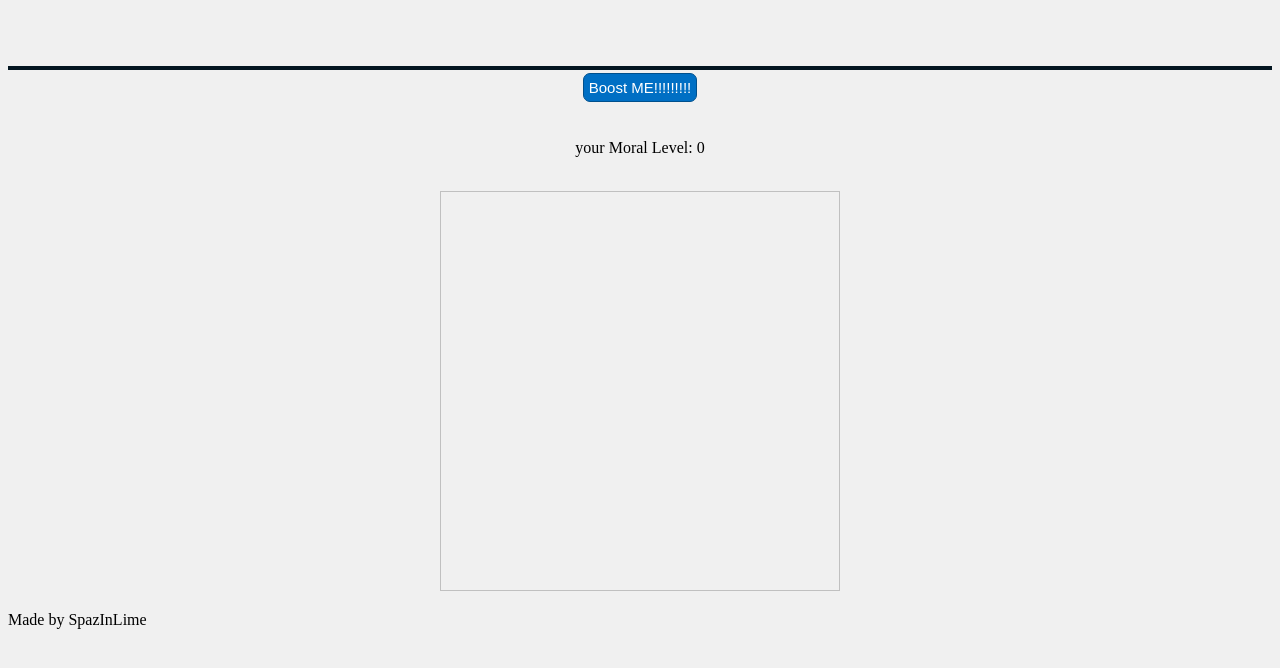
Repository: cxleb/cxleb.github.io
Page: jsapps/mrlbstr/index.html
The author's editor kept a record of every edit. The page is drawn from the files as they stood at one moment, then again after the next edit.
The browser window is 1280 px wide. The pictures show the whole page.

Above is the page before.

### jsapps/mrlbstr/index.html
<!DOCTYPE html>
<html>
	<head>
		<title>Moral Bster</title>
		<link rel="stylesheet" href="style.css" type="text/css" />
		<script type="text/javascript" src="paste.js"></script>
	</head>

	<body>
		<header>
        	<div class="header_div">
            	<h1>Moral Bster</h1>
            </div>
    	</header>


		<center>
			<button onclick="jsCall()" id="btn_Main">Boost ME!!!!!!!!!</button>
			<br/>
			<br/>
			<p id="Moral_level">your Moral Level: 0</p>
			<br/>
			<img style="border-size: 0px;" id="imgBox" width="400" height="400"/>
		</center>
	</body>
	<footer>
		<p>Made by SpazInLime</p>
	</footer>
</html>

### jsapps/mrlbstr/style.css
*{
    background-color: #F0F0F0;
}
button[id="btn_Main"]{
    background-color: #006fc4;
    border: 1px solid #00508d;
    font-size: 15px;
    color: white;
    padding: 5px;
    margin-bottom: 3px;
    margin-top: 3px;
    border-radius: 7px;
}
.header_div{
    padding-left: 0px;
    padding-right: 0px;
    border-bottom: 0px;
    width: 100%;
    height: 46px;
    background-color: #031520;
}
h1{
    font-size: 36px;
    padding-left: 34px;
    color: #F0F0F0;
}

### jsapps/mrlbstr/paste.js
var Moral = 0;
var infinite = false;
const links =["http://i.imgur.com/UUDMs3Z.gif",
	"http://www.gifwave.com/media/21631_eye-roll.gif",
	"http://i.kinja-img.com/gawker-media/image/upload/s--B1fba4Fs--/c_fit,fl_progressive,q_80,w_636/17k6loie478ejgif.gif",
	"http://cdn.funnyhub.com/2015/feb/bas/Funny-Pictures/funny-middle-finger-old-lady.gif",
	"http://www.funnfun.in/wp-content/uploads/2013/11/ugly-man-funny-gif.gif",
	"http://cdn.funnyhub.com/2015/feb/bas/Funny-Pictures/funny-licking.gif",
	"https://omitlimitation.files.wordpress.com/2014/06/funny-gifs-the-perfect-loop.gif",
	"http://31.media.tumblr.com/5954007035c15f66c6b23f8700357436/tumblr_mmnizoNfFS1spbth3o1_400.gif",
	"http://www.sharegif.com/wp-content/uploads/2014/04/idgaffunny-gifreaction-gifbarack-obama.gif",
	"https://33.media.tumblr.com/cf60fcfee68ced54ec45eef5983ef056/tumblr_ncio86iqb71th9iiyo1_500.gif"];


function jsCall(){
	var num = getRandomInt(0, links.length);
	console.log(num);
	document.getElementById("imgBox").src=links[num];
	document.getElementById("Moral_level").innerHTML="your Moral Level: "+Moral;
}

function dispMoral(){
	Moral += 1;
	document.getElementById("Moral_level").innerHTML="your Moral Level: "+Moral;
	while(infinite){
		Moral += 1;
		document.getElementById("Moral_level").innerHTML="your Moral Level: "+Moral
	}
}

function wait(ms){
	var t = 0;
	while(t < ms*100){
		t += 1;
	}
}


function getRandomInt(min, max) {
    return Math.floor(Math.random() * (max - min + 1)) + min;
}

After the next edit:
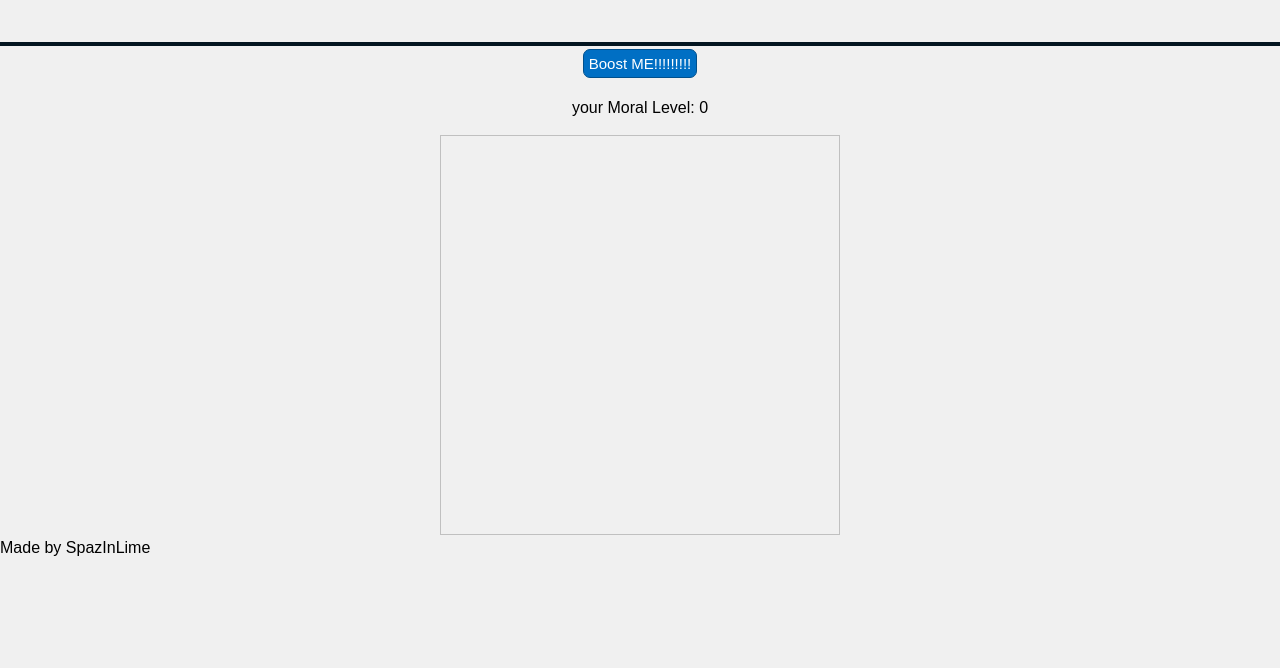
The edit:
--- a/jsapps/mrlbstr/style.css
+++ b/jsapps/mrlbstr/style.css
@@ -1,5 +1,8 @@
 *{
     background-color: #F0F0F0;
+    margin: 0px;
+    padding: 0px;
+    font-family: Arial, Helvetica, Sans-Serif;
 }
 button[id="btn_Main"]{
     background-color: #006fc4;
